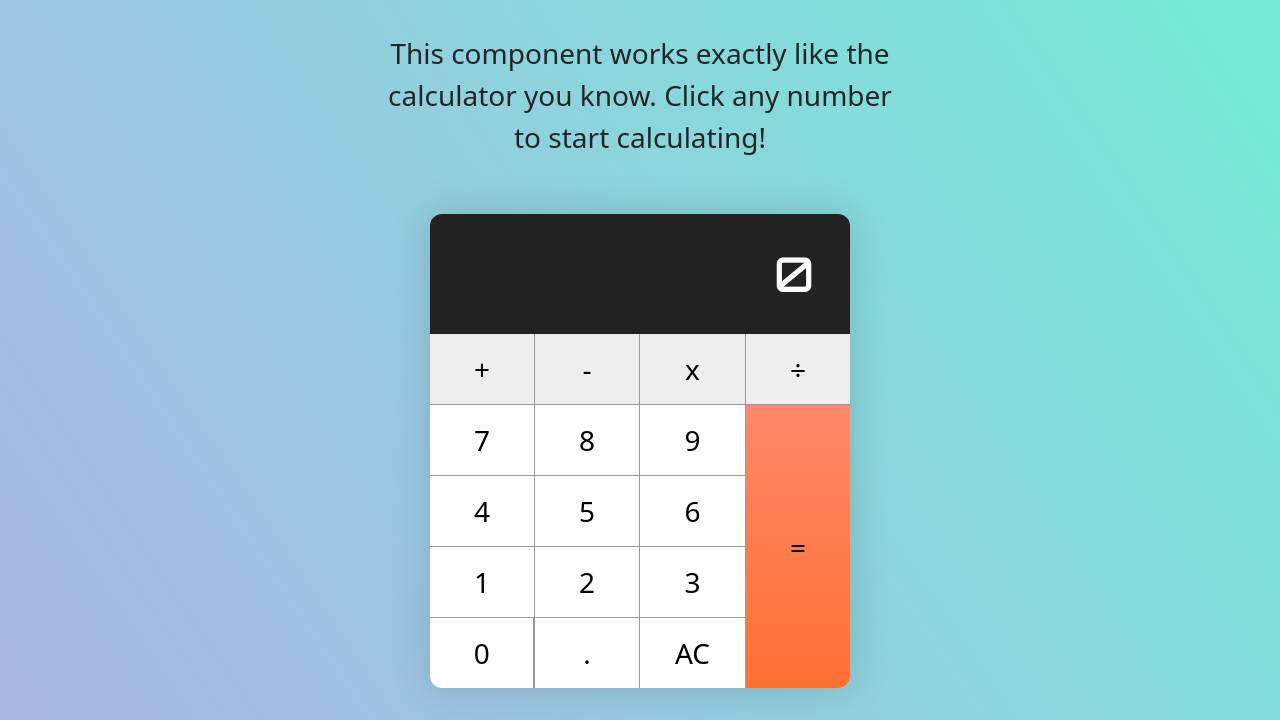
Repository: HimanshuBisht1007/Calculator
Page: /
An editor plug-in stored every save of this project. The page is shown before and after the next save, followed by the edit.
The browser window is 1280 px wide. The pictures show the whole page.
The project was rebuilt for these pictures with package versions that can differ from the ones it lists, and the page was loaded fresh each time. Also part of the build but not shown: src/App.css.

Above is the page before, as saved 2022-05-31 09:42:01.

### public/index.html
<!DOCTYPE html>
<html lang="en">
  <head>
    <meta charset="utf-8" />
    <link rel="icon" href="%PUBLIC_URL%/favicon.ico" />
    <meta name="viewport" content="width=device-width, initial-scale=1" />
    <meta name="theme-color" content="#000000" />
    <meta
      name="description"
      content="Web site created using create-react-app"
    />

    <link rel="apple-touch-icon" href="%PUBLIC_URL%/logo192.png" />
    <!--
      manifest.json provides metadata used when your web app is installed on a
      user's mobile device or desktop. See https://developers.google.com/web/fundamentals/web-app-manifest/
    -->
    <link rel="manifest" href="%PUBLIC_URL%/manifest.json" />
    <!--
      Notice the use of %PUBLIC_URL% in the tags above.
      It will be replaced with the URL of the `public` folder during the build.
      Only files inside the `public` folder can be referenced from the HTML.

      Unlike "/favicon.ico" or "favicon.ico", "%PUBLIC_URL%/favicon.ico" will
      work correctly both with client-side routing and a non-root public URL.
      Learn how to configure a non-root public URL by running `npm run build`.
    -->
    <title>React App</title>
    <link href="https://cdn.jsdelivr.net/npm/bootstrap@5.2.0-beta1/dist/css/bootstrap.min.css" rel="stylesheet" integrity="sha384-0evHe/X+R7YkIZDRvuzKMRqM+OrBnVFBL6DOitfPri4tjfHxaWutUpFmBp4vmVor" crossorigin="anonymous">
    <link href="https://fonts.googleapis.com/css2?family=Josefin+Sans:wght@300&family=Lobster&family=Orbitron:wght@500&display=swap" rel="stylesheet">
  </head>
  <body>
    <div id="root"></div>

    <script src="https://cdn.jsdelivr.net/npm/bootstrap@5.2.0-beta1/dist/js/bootstrap.bundle.min.js" integrity="sha384-pprn3073KE6tl6bjs2QrFaJGz5/SUsLqktiwsUTF55Jfv3qYSDhgCecCxMW52nD2" crossorigin="anonymous"></script>
  </body>
</html>

### src/index.css
html {
  box-sizing: border-box;
}

*,
*::before,
*::after {
  box-sizing: inherit;
}
.calculator__display{
  font-family: 'Orbitron', sans-serif;
}
body {
  margin: 0;
}

/* Responsive Images */

embed,
iframe,
img,
object,
video {
  max-width: 100%;
}

h1,
h2,
h3,
h4,
h5,
h6,
ul,
ol,
li,
p,
pre,
blockquote,
figure,
hr {
  margin: 0;
  padding-right: 0;
  padding-left: 0;
}

a {
  text-decoration: none;
}

a:focus {
  outline: none;
}

h1,
h2,
h3,
h4,
h5,
h6 {
  display: block;
}

/* Removes all decimals and discs from lists */

ol,
ul {
  list-style: none;
}

/*
 * Completely resets form items
 * ----------------------------
 * Super hard reset that removes all borders
 * and radiuses of all form items (including
 * checkboxes and radios)
 */

input,
textarea,
button {
  border: 0;
  border-radius: 0;
  background-color: transparent;
  font-size: inherit;
  font-family: inherit;
  font-weight: inherit;
  outline: none;
  appearance: none;
  text-align: left;
}

input:hover,
input:active,
input:focus,
textarea:hover,
textarea:active,
textarea:focus,
button:hover,
button:active,
button:focus {
  outline: none;
}

:root {
  font-family: Helvetica, Arial, sans-serif;
}

html {
  font-size: 175%;
  font-weight: 300;
  line-height: 1.3;
}

body {
  align-items: center;
  background-image: linear-gradient(236deg, #74ebd5, #acb6e5);
  display: flex;
  height: 100vh;
  justify-content: center;
}

.container {
  max-width: 20em;
}

.container > p {
  text-align: center;
}

.calculator {
  border-radius: 12px;
  box-shadow: 0 0 40px 0px rgba(0, 0, 0, 0.15);
  margin-left: auto;
  margin-right: auto;
  margin-top: 2em;
  max-width: 15em;
  overflow: hidden;
}

.calculator__display {
  background-color: #222222;
  color: #fff;
  font-size: 1.714285714em;
  padding: 0.5em 0.75em;
  text-align: right;
}

.calculator__keys {
  background-color: #999;
  display: grid;
  grid-gap: 1px;
  grid-template-columns: repeat(4, 1fr);
}

.calculator__keys > * {
  background-color: #fff;
  padding: 0.5em 1.25em;
  position: relative;
  text-align: center;
}

.calculator__keys > *:active::before,
.calculator__keys > .is-depressed::before {
  background-color: rgba(0, 0, 0, 0.2);
  bottom: 0;
  box-shadow: 0 0 6px 0 rgba(0, 0, 0, 0.5) inset;
  content: "";
  left: 0;
  opacity: 0.3;
  position: absolute;
  right: 0;
  top: 0;
  z-index: 1;
}

.key--operator {
  background-color: #eee;
}

.key--equal {
  background-image: linear-gradient(to bottom, #fe886a, #ff7033);
  grid-column: -2;
  grid-row: 2 / span 4;
}

### src/App.js
import React,{useState} from 'react';
import './App.css';

function App() {
  const [input,setInput] = useState(0)
  const handleClick = (e) => {
    if(input===0){
      setInput(e.target.value)
    }
    else if(e.target.value ==="="){
      setInput(eval(input))
    }
    else if(e.target.value ==="AC"){
      setInput(0)
    }
    else{
      setInput(input+e.target.value)
    }
}
  return (
    <>
     <div className="container">
    <p>
      This component works exactly like the calculator you know. Click any number to start calculating!
    </p>
    <div className="calculator">
      <div className="calculator__display">{input}</div>

      <div className="calculator__keys">
        <button className="key--operator" data-action="add" value="+"  onClick={handleClick}>+</button>
        <button className="key--operator" data-action="subtract" value="-" onClick={handleClick}>-</button>
        <button className="key--operator" data-action="multiply" value="*" onClick={handleClick}>x</button>
        <button className="key--operator" data-action="divide" value="/" onClick={handleClick}>÷</button>
        <button value="7" onClick={handleClick}>7</button>
        <button value="8" onClick={handleClick}>8</button>
        <button value="9" onClick={handleClick}>9</button>
        <button value="4" onClick={handleClick}>4</button>
        <button value="5" onClick={handleClick}>5</button>
        <button value="6" onClick={handleClick}>6</button>
        <button value="1" onClick={handleClick}>1</button>
        <button value="2" onClick={handleClick}>2</button>
        <button value="3" onClick={handleClick}>3</button>
        <button value="0" onClick={handleClick} style={{marginRight:0.5}}>0</button>
        <button data-action="decimal" value="." onClick={handleClick} >.</button>
        <button data-action="clear" value="AC" onClick={handleClick}>AC</button>
        <button className="key--equal" data-action="calculate" value="="  onClick={handleClick}>=</button>
      </div>
    </div>
  </div>
  </>
  );
}

export default App;

Loaded but not shown: src/index.js (common file); src/reportWebVitals.js (common file)

After the next save:
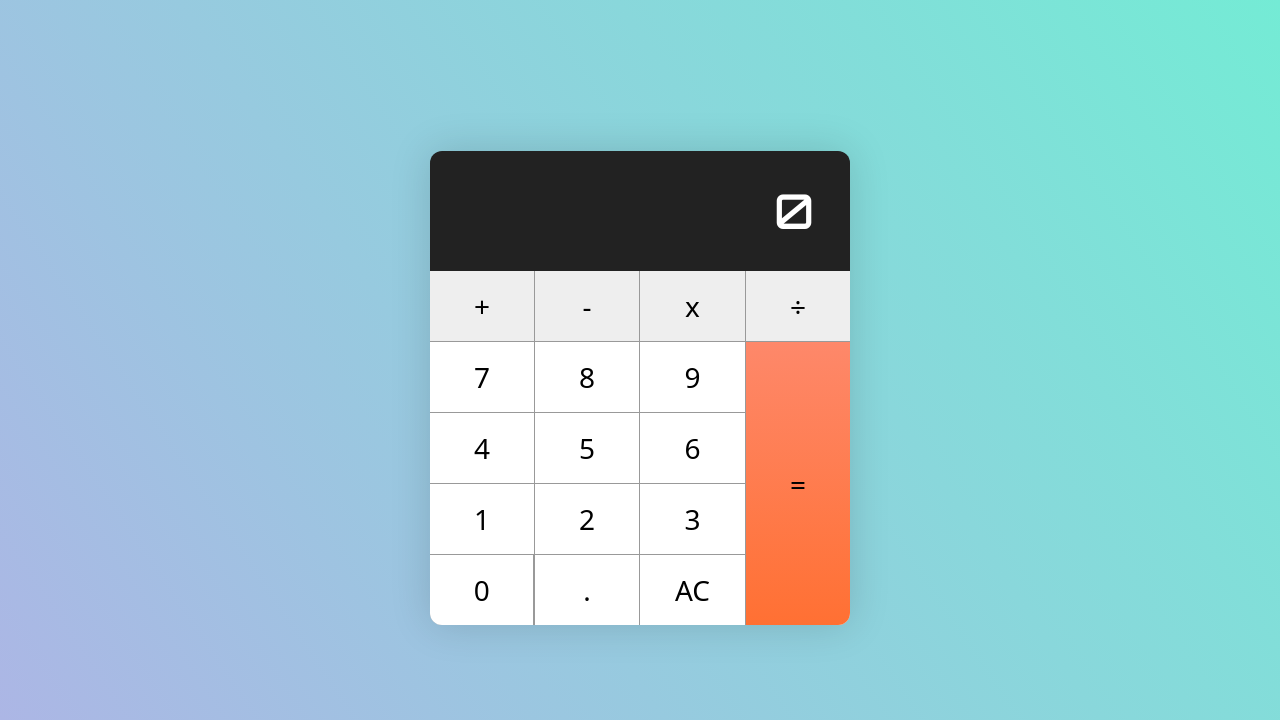
Saved 17 days later.
--- a/src/App.js
+++ b/src/App.js
@@ -20,9 +20,6 @@ function App() {
   return (
     <>
      <div className="container">
-    <p>
-      This component works exactly like the calculator you know. Click any number to start calculating!
-    </p>
     <div className="calculator">
       <div className="calculator__display">{input}</div>
 
